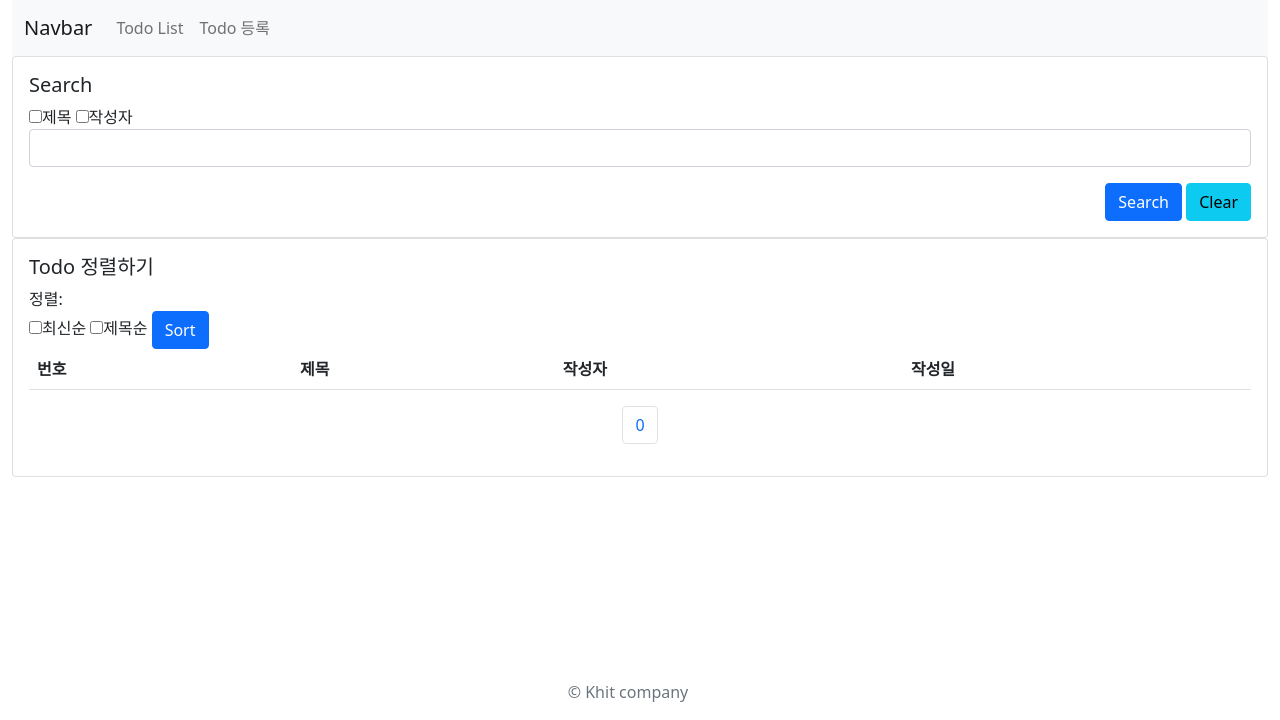
Repository: KyoungHwanJeong/springworks
Page: http://localhost/todoweb/WEB-INF/views/todo/list_sort.jsp
An editor plug-in stored every save of this project. The page is shown before and after the next save, followed by the edit.
The browser window is 1280 px wide. The pictures show the whole page.
The page is served by Tomcat 9. Nobody is signed in. The template is opened directly, without the code that normally fills it, so the values that code supplies are empty.

Above is the page before, as saved 2024-01-10 05:28:33.

After the next save:
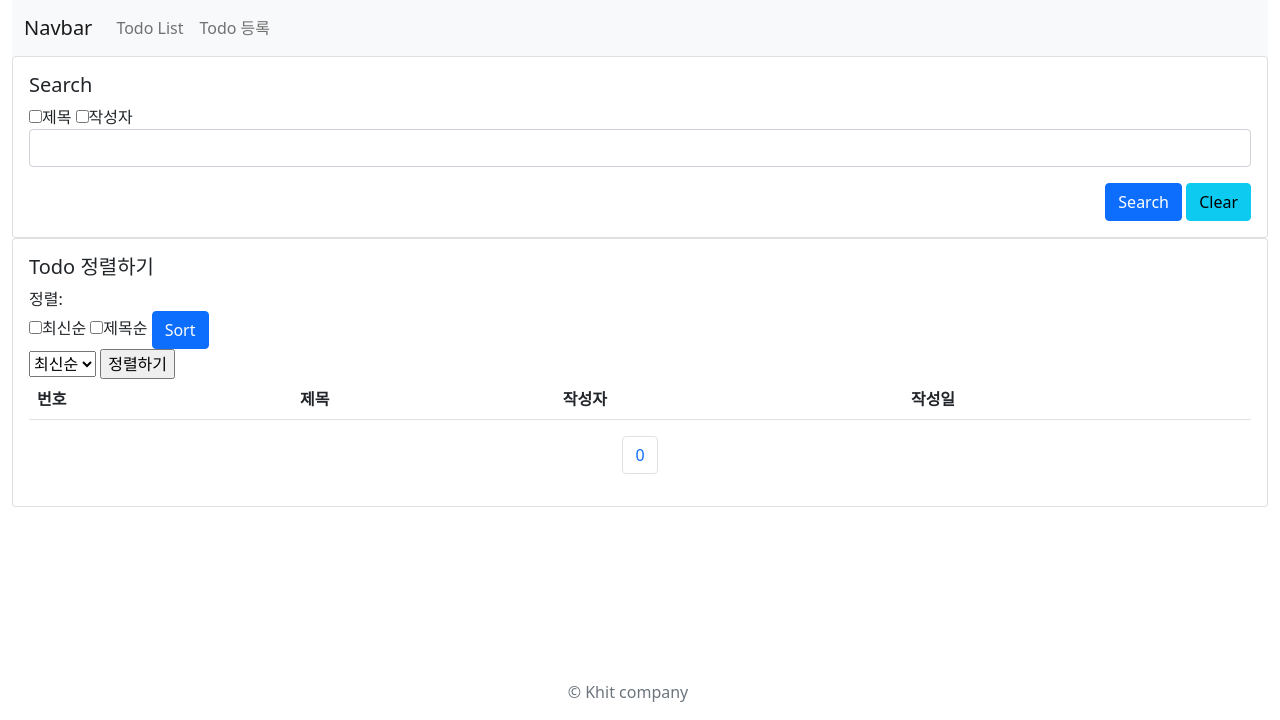
Saved 21 s later.
--- a/todoweb/src/main/webapp/WEB-INF/views/todo/list_sort.jsp
+++ b/todoweb/src/main/webapp/WEB-INF/views/todo/list_sort.jsp
@@ -52,11 +52,11 @@
 									<button type="submit" class="btn btn-primary">Sort</button>
 								</div>
 
-								<!-- <select type="name" name="sort" class="sort">
+								<select type="name" name="sort" class="sort">
 									<option type="name" value="recent">최신순</option>
 									<option type="name" value="popular">제목순</option>
 								</select>
-								<input type="submit" value="정렬하기"> -->
+								<input type="submit" value="정렬하기">
 								</div>
 							</form>
 						<table class="table">
